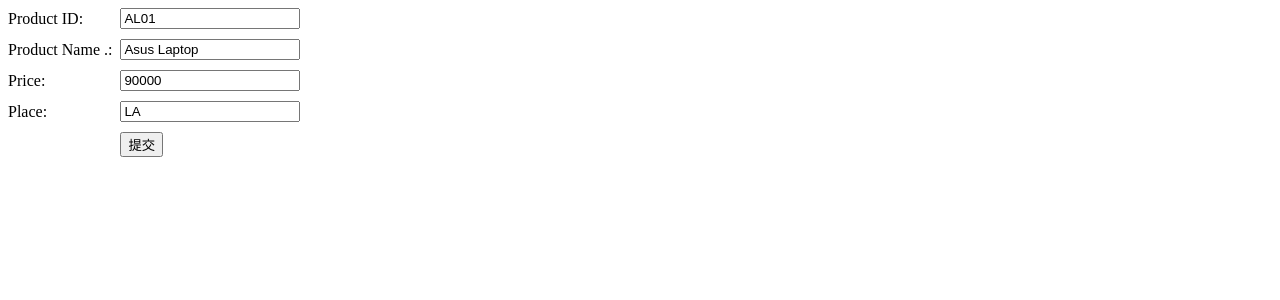
Repository: chofong1999/workspace202607
Page: mvweb0716/src/main/webapp/product.html
An editor plug-in stored every save of this project. The page is shown before and after the next save, followed by the edit.
The browser window is 1280 px wide. The pictures show the whole page.

Above is the page before, as saved 2026-07-16 02:54:01.

### mvweb0716/src/main/webapp/product.html
<!DOCTYPE html>
<html>
<head>
<meta charset="UTF-8">
<title>Product Form</title>

<style>
.product-form {
    display: grid;

    /* 第一欄自動配合最長標題，第二欄是輸入框 */
    grid-template-columns: max-content 180px;

    gap: 10px 8px;
    align-items: center;
    width: max-content;
}

.product-form input {
    width: 100%;
    box-sizing: border-box;
}

.product-form button {
    grid-column: 2;
    justify-self: start;
}
</style>
</head>

<body>

<form action="product.jsp" method="post" class="product-form">

    Product ID:<br>
    <input type="text" name="product_id" value="AL01">

    Product Name                       .:<br>
    <input type="text" name="product_name" value="Asus Laptop">

    Price:<br>
    <input type="text" name="price" value="90000">

    Place:<br>
    <input type="text" name="place" value="LA">

    <button type="submit">提交</button>

</form>

</body>
</html>

After the next save:
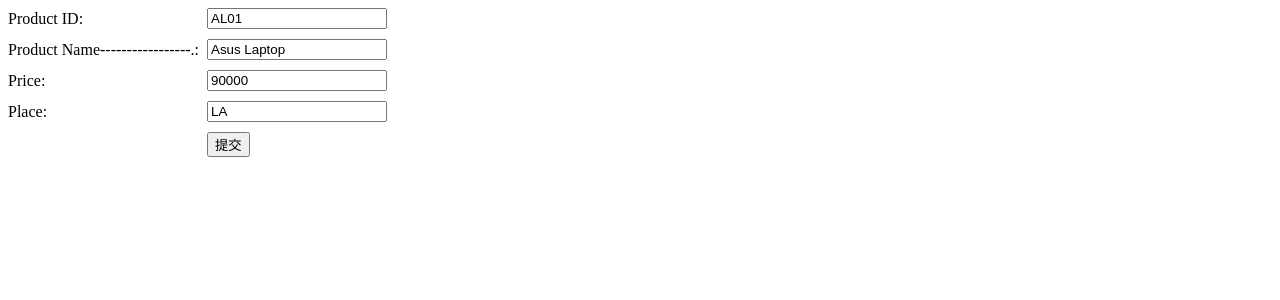
Saved 10 s later.
--- a/mvweb0716/src/main/webapp/product.html
+++ b/mvweb0716/src/main/webapp/product.html
@@ -35,7 +35,7 @@
     Product ID:<br>
     <input type="text" name="product_id" value="AL01">
 
-    Product Name                       .:<br>
+    Product Name-----------------.:<br>
     <input type="text" name="product_name" value="Asus Laptop">
 
     Price:<br>
